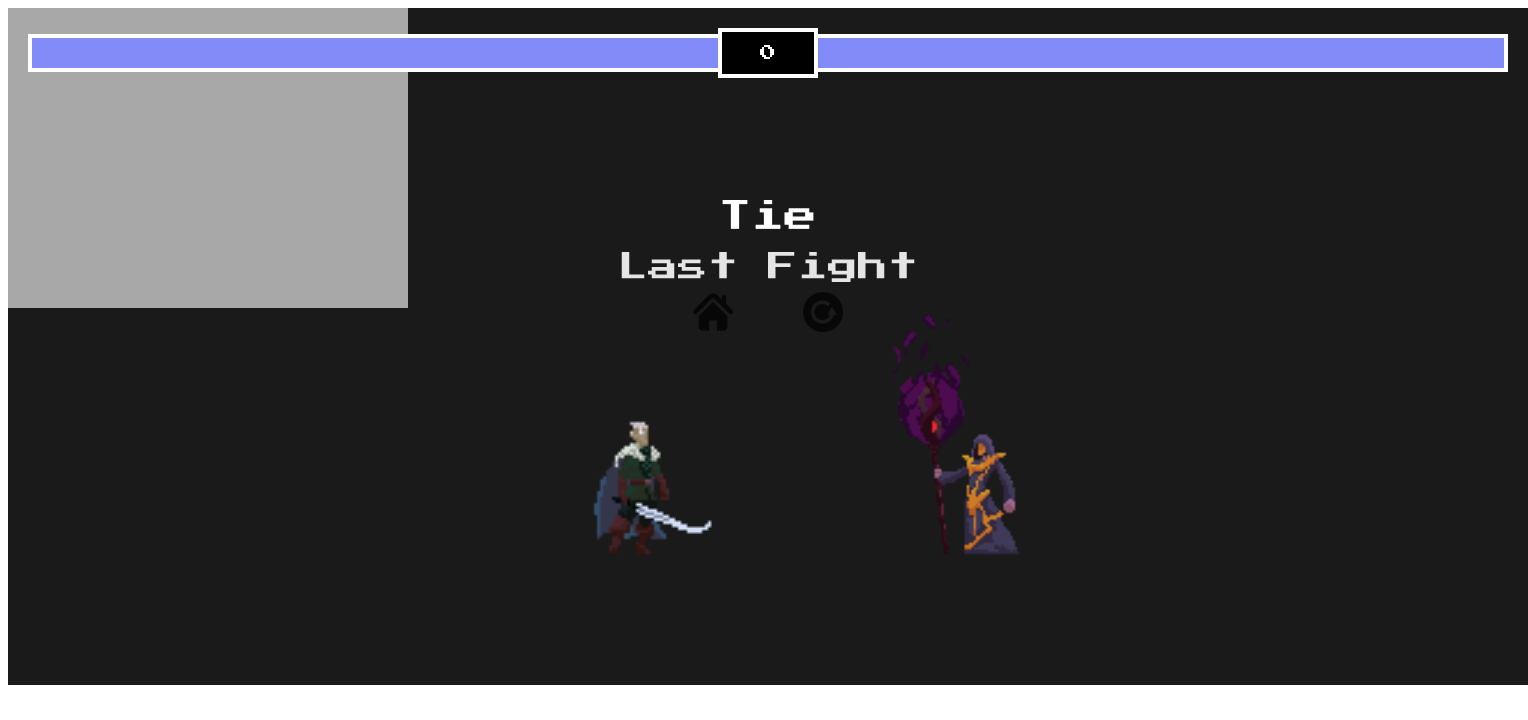
Repository: Gaurav31052/Fighting-game
Page: index.html
These files come from the project's save history. The page is drawn as it stood at one moment and after the next save; the edit follows.
The browser window is 1280 px wide. The page is 1528 px wide, then 1280 px, then 1528 px, so the pictures cover 1528 px, including what lies to the right of the window. The pictures show the whole page.
Some web libraries are served in a nearby version.

Above is the page before, as saved 2024-05-30 23:10:35.

### index.html
<head>
    <link rel="preconnect" href="https://fonts.googleapis.com">
    <link rel="preconnect" href="https://fonts.gstatic.com" crossorigin>
    <link href="https://fonts.googleapis.com/css2?family=Press+Start+2P&display=swap" rel="stylesheet">
    <style>
        * {
            box-sizing: border-box;
            font-family: "Press Start 2P", system-ui;
        }

            @keyframes fadeIn {
                from { opacity: 0; }
                to { opacity: 1; }
            }
            .image1{
                width: 40px;
            }

    </style>
</head>

<body>
    <!-- red container div -->
    <div style="position: relative; display: inline-block;">
        <!-- smaller red container div -->
        <div style="position: absolute; display: flex; align-items: center; width: 100%; padding: 20px;">
            <!-- player health -->
            <div style="position: relative; width: 100%; display: flex; justify-content: flex-end;
            border-top: 4px solid white;
            border-bottom: 4px solid white;
            border-left: 4px solid white;

            ">
                <div style="background-color: red; height: 30px; width: 100%;"></div>
                <div id="playerHealth"
                    style="position: absolute; background: #818CF8; top: 0; right: 0; bottom: 0; width: 100%;"></div>
            </div>
            <!-- timer -->
            <div id="timer"
                style="background-color: black; width: 100px; height: 50px; flex-shrink: 0; display: flex; align-items: center; justify-content: center; color: white; border: 4px solid white">
                10
            </div>
            <!-- enemy health -->
            <div style="position: relative;  width: 100%; border-top: 4px solid white;
            border-bottom: 4px solid white;
            border-right: 4px solid white;">
                <div style="background-color: red; height: 30px;"></div>
                <div id="enemyHealth"
                    style="position: absolute; background: #818CF8; top: 0; right: 0; bottom: 0; left: 0;"></div>
            </div>
        </div>
        <div id="displayText" style="position: absolute; color: white; display: flex; align-items: center; justify-content: center; top: 0;
        right: 0; left: 0; bottom: 260; font-size: 33px; display: none;">tie</div>
        <div id="displayText2" style="position: absolute; color: white; display: flex; align-items: center; justify-content: center; top: 0;
        right: 0; left: 0; bottom: 160; font-size: 30px; display: none; opacity: 0; animation: fadeIn 5s forwards; "></div>

        <div style="position: absolute; color: white; display: flex; align-items: center; justify-content: center; top: 0; right: 0; left: 110; bottom: 70; font-size: 30px; display: none; opacity: 0; animation: fadeIn 7s forwards; "></div>
        <div id="displayText4" style="position: absolute; color: white; display: flex; align-items: center; justify-content: center; top: 0; right: 0; left: 110; bottom: 70; font-size: 30px; display: none; opacity: 0; animation: fadeIn 7s forwards; "><a href="./home.html"><img class="image1" src="./img/replay.png" alt="home" ></a></div>
        <div id="displayText5" style="position: absolute; color: white; display: flex; align-items: center; justify-content: center; top: 0;
        right:110; left: 0; bottom: 70; font-size: 30px; display: none; opacity: 0; animation: fadeIn 7s forwards; "><a href="./home.html"><img class="image1" src="./img/home icon.png" alt="home" ></a></div>



        <canvas id="canvas"></canvas>

    </div>

<!-- <script src="//cdnjs.cloudflare.com/ajax/libs/annyang/2.6.1/annyang.min.js"></script> -->
    <script src="https://cdnjs.cloudflare.com/ajax/libs/gsap/3.9.1/gsap.min.js"
        integrity="sha512-H6cPm97FAsgIKmlBA4s774vqoN24V5gSQL4yBTDOY2su2DeXZVhQPxFK4P6GPdnZqM9fg1G3cMv5wD7e6cFLZQ=="
        crossorigin="anonymous" referrerpolicy="no-referrer"></script>
    <script src="JS/utils.js"></script>
    <script src="JS/classes.js"></script>
    <script src="game.js"></script>

</body>

### JS/utils.js
function rectangularCollision({ rectangle1, rectangle2 }) {
    return (rectangle1.attackBox.position.x + rectangle1.attackBox.width >= rectangle2.position.x && rectangle1.attackBox.position.x <= rectangle2.position.x + rectangle2.width && rectangle1.attackBox.position.y + rectangle1.attackBox.height >= rectangle2.position.y && rectangle1.attackBox.position.y <= rectangle2.position.y + rectangle2.height)
}

function determineWinner({ player, enemy, timerId }) {
    clearTimeout(timerId)
    document.querySelector('#displayText').style.display = 'flex'
    document.querySelector('#displayText2').style.display = 'flex'
    document.querySelector('#displayText4').style.display = 'flex'
    document.querySelector('#displayText5').style.display = 'flex'
    if (player.health === enemy.health) {
        game_sound.pause();
        draw.loop=true;
        draw.play();
        document.querySelector('#displayText').innerHTML = 'Tie'
        document.querySelector('#displayText2').innerHTML = 'Last Fight'
        // document.querySelector('#displayText4').innerHTML = 'Reply'
        // document.querySelector('#displayText5').innerHTML = 'home'
    }
    else if (player.health > enemy.health) {
        game_sound.pause();
        winning.play()
        document.querySelector('#displayText').innerHTML = 'Player-1 Wins!'
        document.querySelector('#displayText2').innerHTML = 'Last Fight'
    }
    else if (player.health < enemy.health) {
        game_sound.pause();
        winning.play()
        document.querySelector('#displayText').innerHTML = 'Player-2 Wins!'
        document.querySelector('#displayText2').innerHTML = 'Last Fight'
    }
}

let timer = 3;
let timerId
function decreaseTimer() {
    if (timer > 0) {
        timerId = setTimeout(decreaseTimer, 1000)
        timer--
        document.querySelector('#timer').innerHTML = timer;
    }
    if (timer == 0) {
        determineWinner({ player, enemy, timerId })
    }
}


var draw =new Audio("./audio/tie_bgm.mp3");
var winning =new Audio("./audio/winning audio.mp3");

### JS/classes.js
class Sprite {
    constructor({ position, imageSrc, scale = 1, frameMax = 1, offset = { x: 0, y: 0 } }) {
        this.position = position;
        this.width = 50
        this.height = 150
        this.image = new Image()
        this.image.src = imageSrc
        this.scale = scale
        this.frameMax = frameMax
        this.frameCurrent = 0
        this.frameElapsed = 0
        this.frameHold = 5
        this.offset = offset
    }
    draw() {

        c.drawImage(this.image, this.frameCurrent * (this.image.width / this.frameMax), 0, this.image.width / this.frameMax, this.image.height,

            this.position.x - this.offset.x, this.position.y - this.offset.y, (this.image.width / this.frameMax) * this.scale, this.image.height * this.scale)
    }

    animateFrame() {
        this.frameElapsed++
        if (this.frameElapsed % this.frameHold === 0) {
            if (this.frameCurrent < this.frameMax - 1) {

                this.frameCurrent++
            }
            else {
                this.frameCurrent = 0
            }
        }
    }

    update() {
        this.draw()
        this.animateFrame()
    }
}




class Fighter extends Sprite {
    constructor({ position, velocity, color = 'red', imageSrc, scale = 1, frameMax = 1, offset = { x: 0, y: 0 }, sprites,attackBox ={offset: {}, width: undefined, height: undefined} }) {
        super({
            position,
            imageSrc,
            frameMax,
            scale,
            offset
        })

        this.velocity = velocity;
        this.width = 50
        this.height = 150
        this.lastkey
        this.attackBox = {
            position: {
                x: this.position.x,
                y: this.position.y
            },
            offset: attackBox.offset,
            width: attackBox.width,
            height: attackBox.height
        }
        this.color = color
        this.isAttacking
        this.health = 100
        this.frameCurrent = 0
        this.frameElapsed = 0
        this.frameHold = 5
        this.sprites =sprites
        this.dead = false

        for(const sprite in this.sprites){
            sprites[sprite].image =new Image()
            sprites[sprite].image.src= sprites[sprite].imageSrc
        }

    }
    // draw() {
    //     c.fillStyle = this.color
    //     c.fillRect(this.position.x, this.position.y, this.width, this.height)

    //     // attack box
    //     if (this.isAttacking) {
    //         c.fillStyle = 'green'
    //         c.fillRect(this.attackBox.position.x, this.attackBox.position.y, this.attackBox.width, this.attackBox.height)
    //     }
    // }
    update() {
        this.draw()
        if(!this.dead)
        this.animateFrame()


// attack boxes
        this.attackBox.position.x = this.position.x + this.attackBox.offset.x
        this.attackBox.position.y = this.position.y + this.attackBox.offset.y

        // draw the attack box
        // c.fillRect(this.attackBox.position.x, this.attackBox.position.y, this.attackBox.width, this.attackBox.height)

        this.position.y += this.velocity.y
        this.position.x += this.velocity.x

        //gravity function
        if (this.position.y + this.height + this.velocity.y >= canvas.height-200) {
            this.velocity.y = 0
            this.position.y = 400
        }
        else {
            this.velocity.y += gravity
        }

    }
    attack() {
        this.switchSprite('attack1')
        this.isAttacking = true

    }

    takeHit(){
        this.health -= 5

        if(this.health <= 0){
            this.switchSprite('death')
        }
        else{
            this.switchSprite('takeHit')
        }
    }

    switchSprite(sprite){
        if(this.image === this.sprites.death.image) {
            if(this.frameCurrent=== this.sprites.death.frameMax-1) this.dead = true
            return}
        // overriding all other animations with the attack animations
        if(this.image === this.sprites.attack1.image && this.frameCurrent < this.sprites.attack1.frameMax -1) return

        // override when fighter gets hit
        if(this.image === this.sprites.takeHit.image && this.frameCurrent < this.sprites.takeHit.frameMax -1) return

        switch (sprite) {
            case 'idle':
                if(this.image!= this.sprites.idle.image){
                this.image=this.sprites.idle.image
                this.frameMax = this.sprites.idle.frameMax
                this.frameCurrent = 0
        }
                break;
            case 'run':
            if(this.image!= this.sprites.run.image){
            this.image=this.sprites.run.image
            this.frameMax = this.sprites.run.frameMax
            this.frameCurrent = 0
        }
                break;
            case 'jump':
                if(this.image!= this.sprites.jump.image){
                this.image =this.sprites.jump.image
                this.frameMax = this.sprites.jump.frameMax
                this.frameCurrent = 0
                }
                break;
            case 'fall':
                if(this.image!= this.sprites.fall.image){
                this.image =this.sprites.fall.image
                this.frameMax = this.sprites.fall.frameMax
                this.frameCurrent = 0
                }
                break;
            case 'attack1':
                if(this.image!= this.sprites.attack1.image){
                this.image =this.sprites.attack1.image
                this.frameMax = this.sprites.attack1.frameMax
                this.frameCurrent = 0
                }
                break;
            case 'takeHit':
                if(this.image!= this.sprites.takeHit.image){
                this.image =this.sprites.takeHit.image
                this.frameMax = this.sprites.takeHit.frameMax
                this.frameCurrent = 0
                }
                break;
            case 'death':
                if(this.image!= this.sprites.death.image){
                this.image =this.sprites.death.image
                this.frameMax = this.sprites.death.frameMax
                this.frameCurrent = 0
                }

                break;

        }
    }
}

Loaded but not shown: game.js (413 lines, source omitted)

After the next save:
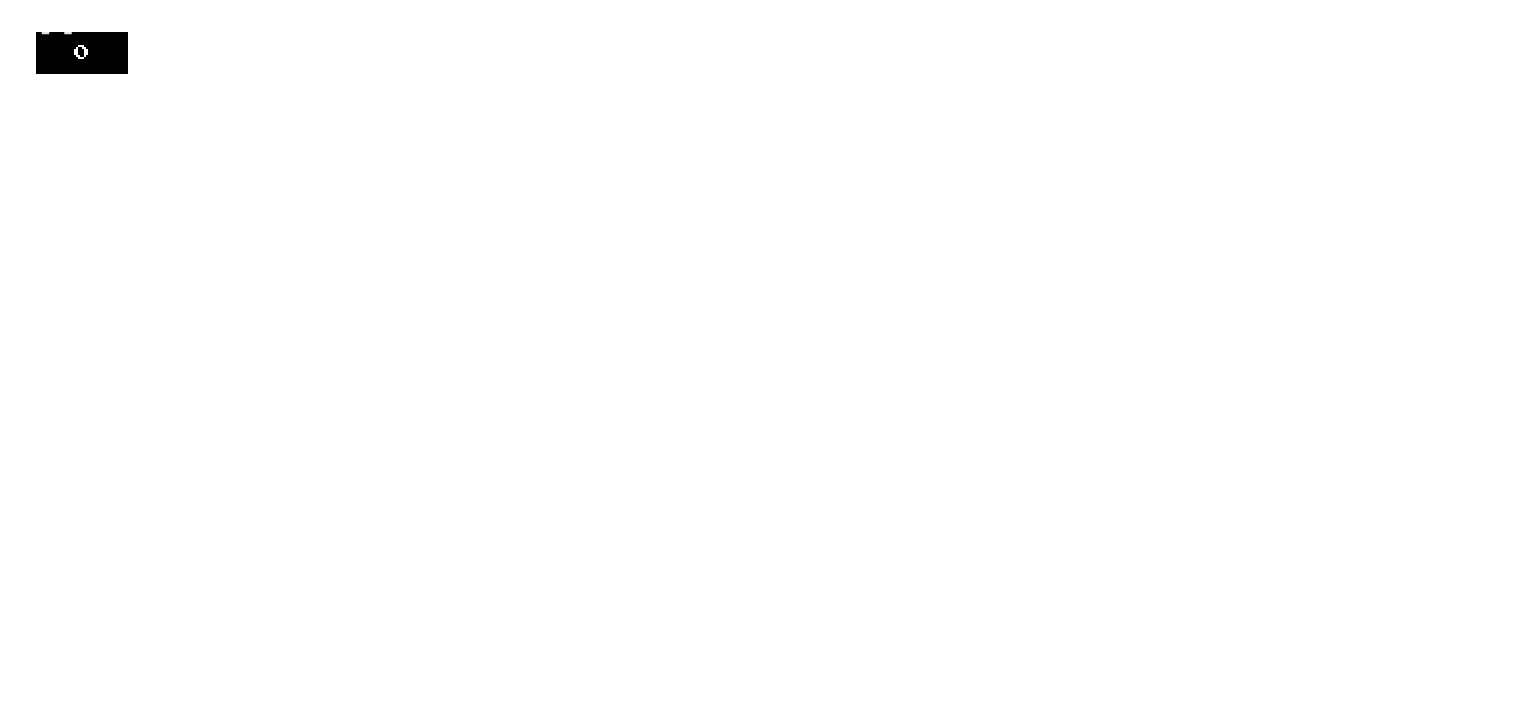
Saved 5 s later.
--- a/index.html
+++ b/index.html
@@ -54,7 +54,7 @@
         <div id="displayText2" style="position: absolute; color: white; display: flex; align-items: center; justify-content: center; top: 0;
         right: 0; left: 0; bottom: 160; font-size: 30px; display: none; opacity: 0; animation: fadeIn 5s forwards; "></div>
 
-        <div style="position: absolute; color: white; display: flex; align-items: center; justify-content: center; top: 0; right: 0; left: 110; bottom: 70; font-size: 30px; display: none; opacity: 0; animation: fadeIn 7s forwards; "></div>
+        <div style="position: absolute; color: white; display: flex; align-items: center; justify-content: center; top: 0; right: 0; left: 110; bottom: 70; font-size: 30px; display: none; opacity: 0; animation: fadeIn 7s forwards; ">
         <div id="displayText4" style="position: absolute; color: white; display: flex; align-items: center; justify-content: center; top: 0; right: 0; left: 110; bottom: 70; font-size: 30px; display: none; opacity: 0; animation: fadeIn 7s forwards; "><a href="./home.html"><img class="image1" src="./img/replay.png" alt="home" ></a></div>
         <div id="displayText5" style="position: absolute; color: white; display: flex; align-items: center; justify-content: center; top: 0;
         right:110; left: 0; bottom: 70; font-size: 30px; display: none; opacity: 0; animation: fadeIn 7s forwards; "><a href="./home.html"><img class="image1" src="./img/home icon.png" alt="home" ></a></div>

After the save that followed:
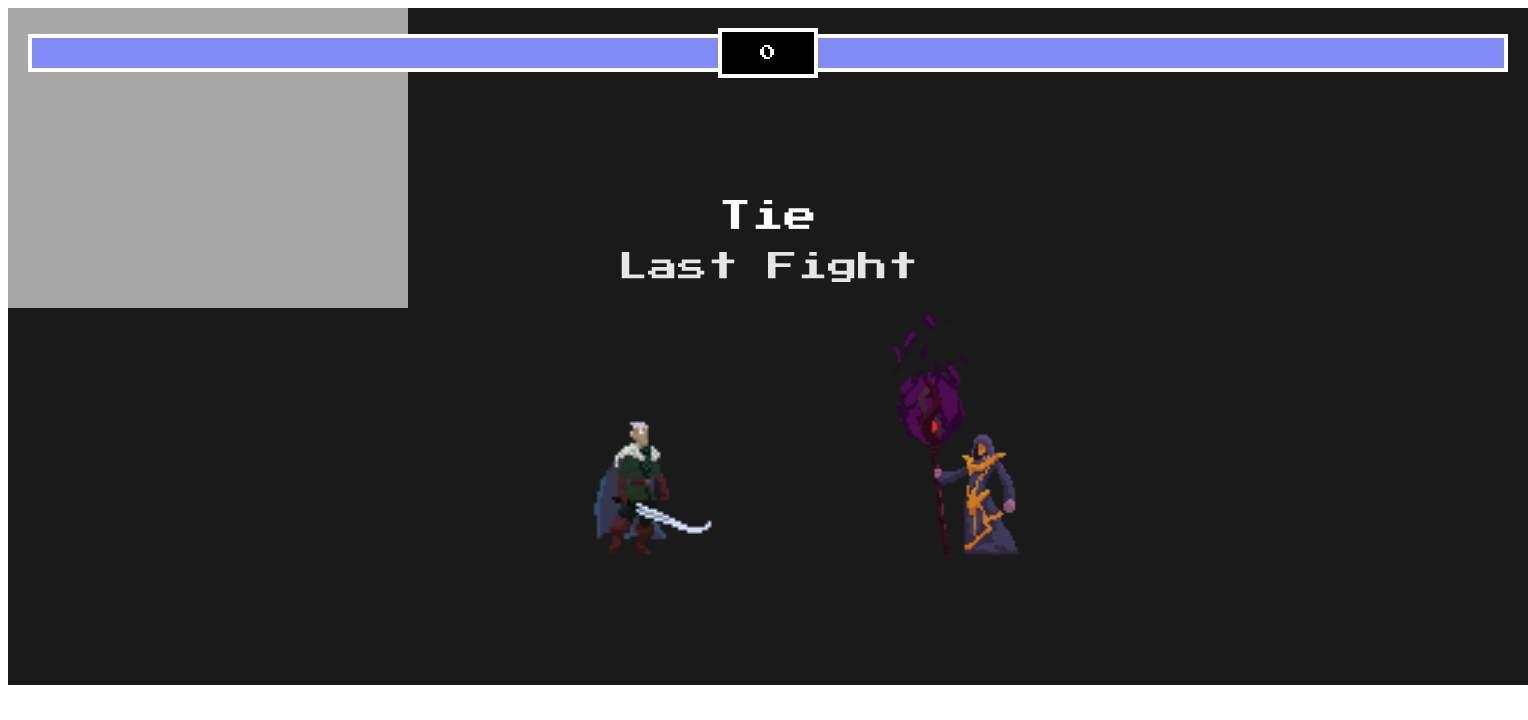
Saved 5 s later.
--- a/index.html
+++ b/index.html
@@ -58,7 +58,7 @@
         <div id="displayText4" style="position: absolute; color: white; display: flex; align-items: center; justify-content: center; top: 0; right: 0; left: 110; bottom: 70; font-size: 30px; display: none; opacity: 0; animation: fadeIn 7s forwards; "><a href="./home.html"><img class="image1" src="./img/replay.png" alt="home" ></a></div>
         <div id="displayText5" style="position: absolute; color: white; display: flex; align-items: center; justify-content: center; top: 0;
         right:110; left: 0; bottom: 70; font-size: 30px; display: none; opacity: 0; animation: fadeIn 7s forwards; "><a href="./home.html"><img class="image1" src="./img/home icon.png" alt="home" ></a></div>
-
+       </div>
 
 
         <canvas id="canvas"></canvas>
